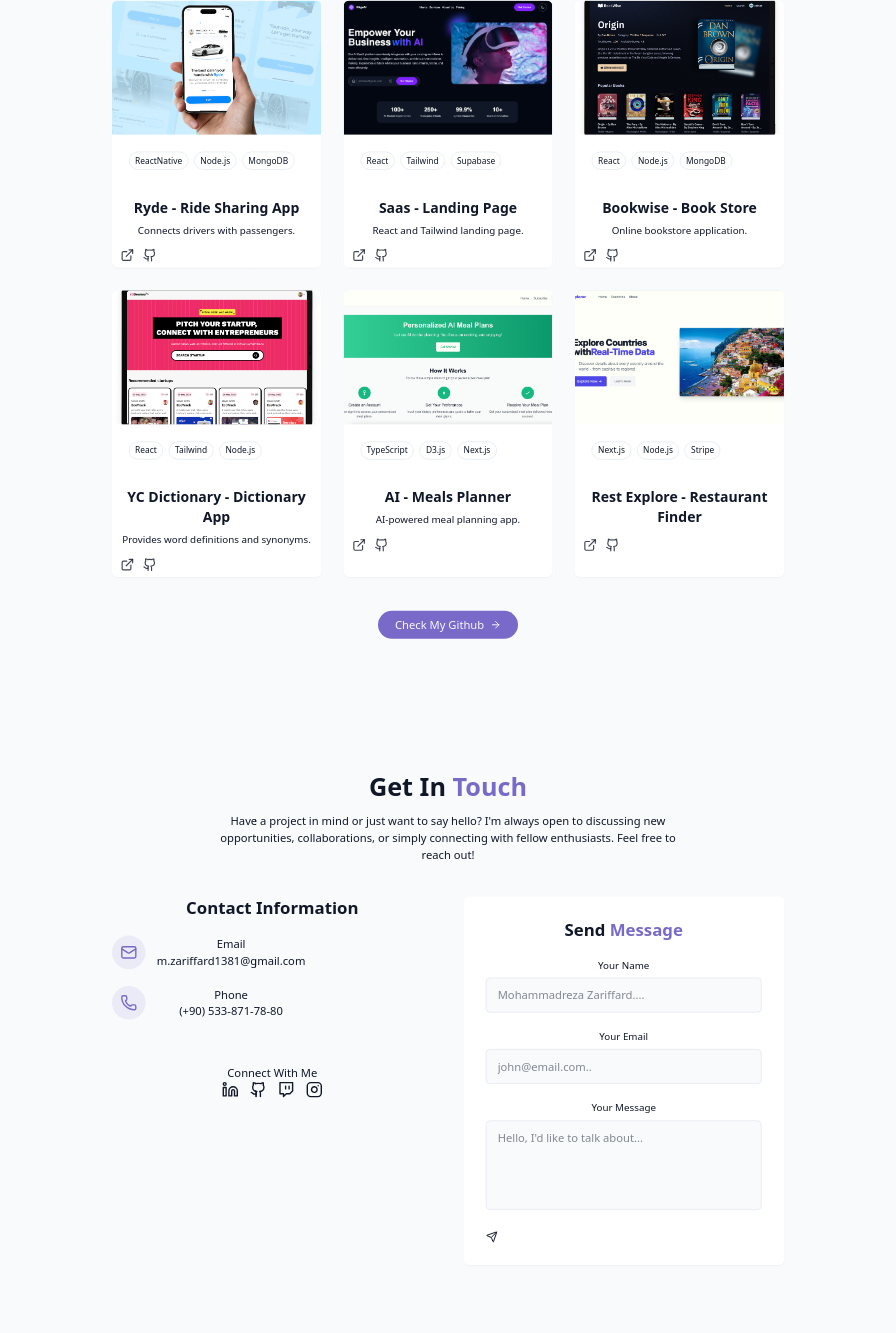
Repository: mOzariffard/Portfolio
Page: /
An editor plug-in stored every save of this project. The page is shown before and after the next save, followed by the edit.
The browser window is 1280 px wide. The pictures show the part of the page from y = 4231 to 6151 px (the page is 6135 px tall before and 6151 px after), at 70% of full size.
The project was rebuilt for these pictures with package versions that can differ from the ones it lists, and the page was loaded fresh each time. Also part of the build but not shown: vite.config.js, src/pages/NotFound.jsx.

Above is the page before, as saved 2025-07-01 13:07:46.

### src/App.jsx
import  Home from "./pages/Home"
import { BrowserRouter, Route, Routes } from "react-router-dom"
import NotFound from "./pages/NotFound"


function App() {

  return (
    <>
    <BrowserRouter>
    <Routes>
      <Route index element={<Home />} />
      <Route path="*" element={<NotFound />} />
    </Routes>
    </BrowserRouter>
    </>
  )
}

export default App

### src/pages/Home.jsx
import React from 'react'
import ThemeToggle from '@/components/ThemeToggle'
import StartBackground from '@/components/StartBackground'
import Navbar from '@/components/Navbar'
import HeroSection from '@/components/HeroSection'
import AboutSection from '@/components/AboutSection'
import SkillsSection from '@/components/SkillsSection'
import ProjectSection from '@/components/ProjectSection'
import CertificateSection from '../components/CertificateSection'
import ContactSection from '../components/ContactSection'

const Home = () => {
  return (
    <div className='min-h-screen bg-background text-foreground overflow-x-hidden'>
        {/*----------------Theme Toggle----------------*/}
        <ThemeToggle />
        {/*----------------Background Effects----------------*/}
        <StartBackground/>
        {/*----------------Nav Bar----------------*/}
        <Navbar/>
        {/*----------------Main Content----------------*/}
        <main>
        <HeroSection />
        <AboutSection />
        <SkillsSection />
        <CertificateSection />
        <ProjectSection />
        <ContactSection />
        </main>
        {/*----------------Footer----------------*/}


    </div>
  )
}

export default Home

### src/components/ThemeToggle.jsx
import React, { useEffect, useState } from 'react'
import { Sun, Moon } from 'lucide-react'
import { cn } from '@/lib/utils';
const ThemeToggle = () => {
    const [isDarkMode, setIsDarkMode]= useState(false);

    useEffect(()=>{
        const storedTheme= localStorage.getItem('theme');
        if(storedTheme=== 'dark'){
            setIsDarkMode(true);
            document.documentElement.classList.add('dark');
        }else{
            localStorage.setItem('theme', 'light');
            setIsDarkMode(false);
        }
    },[])
    const toggleTheme=()=>{
        if(isDarkMode){
            document.documentElement.classList.remove('dark');
            localStorage.setItem('theme', 'light');
            setIsDarkMode(false);
        }else{
            document.documentElement.classList.add('dark');
            localStorage.setItem('theme', 'dark');
            setIsDarkMode(true);
        }
    }
  return (
    <button onClick={toggleTheme} className={cn(
        "fixed max-sm:hidden top-5 right-5 z-50 p-2 rounded-full transition-colors duration-300",
        "focus:outline-hidden")}>
        {isDarkMode ? <Sun className='h-6 w-6 text-yellow-300'/> : <Moon className='h-6 w-6 text-blue-900' />}
    </button>
  )
}

export default ThemeToggle

### src/components/StartBackground.jsx
import React, { useEffect, useState } from 'react'

// START has
// ID , SIZE , X , Y , OPACITY , ANIMATION DURATION
// METEOR has
// ID , SIZE , X , Y , DELAY , DURATION

const StartBackground = () => {
    const [stars,setStars]=useState([]);
    const [meteors,setMeteors]=useState([]);

    useEffect(()=>{
        generateStars();
        generateMeteors();

        const handleResize = ()=>{
            generateStars();
        };

        window.addEventListener('resize', handleResize);

        return ()=> window.removeEventListener('resize', handleResize);

    },[])

    const generateStars = () =>{
        const numbersOfStars = Math.floor(window.innerWidth * window.innerHeight /10000);

        const newStars=[];

        for(let i=0; i<numbersOfStars; i++){
            newStars.push({
                id: i,
                size: Math.random()* 3 + 1,
                x: Math.random()*100 ,
                y:  Math.random()*100,
                opacity: Math.random()*0.5 +0.5 ,
                animationDuration: Math.random()*4+2 ,
            });
        }

        setStars(newStars);
    };

    const generateMeteors = () =>{
        const numbersOfMeteors = 4;

        const newMeteors=[];

        for(let i=0; i<numbersOfMeteors; i++){
            newMeteors.push({
                id: i,
                size: Math.random()* 2 + 1,
                x: Math.random()* 100 ,
                y:  Math.random()* 20,
                delay: Math.random()* 15 ,
                animationDuration: Math.random()*3+3 ,
            });
        }

        setMeteors(newMeteors);
    };


  return (
    <div className='fixed inset-0 overflow-hidden pointer-events-none z-0 '>
        {stars.map((star)=>(
            <div
            key={star.id}
                className='star animate-pluse-subtle' style={{
                width:`${star.size}px` ,
                height: `${star.size}px`,
                left: `${star.x}%`,
                top: `${star.y}%`,
                opacity:`${star.opacity}` ,
                animationDuration: `${star.animationDuration}s`
            }} />
        ))}

        {meteors.map((meteor)=>(
            <div
            className='meteor animate-meteor'
            key={meteor.id}
            style={{
                width: `${meteor.size* 50}px`,
                height: `${meteor.size * 2}px`,
                left: `${meteor.x}%`,
                top: `${meteor.y}%`,
                animationDelay: `${meteor.delay}`,
                animationDuration: `${meteor.duration}s`
            }}
            />
        ))}
    </div>
  )
}

export default StartBackground

### src/components/Navbar.jsx
import React, { useState, useEffect } from 'react';
import { cn } from '@/lib/utils';
import { X , Menu } from 'lucide-react';

const navItems = [
    { name: 'Home', href: '#hero' },
    { name: 'About', href: '#about' },
    { name: 'Contact', href: '#contact' },
    { name: 'Certificates', href: '#certificates' },
    { name: 'Skills', href: '#skills' },
    { name: 'Projects', href: '#projects' },
];

const Navbar = () => {
    const [isScrolled, setIsScrolled] = useState(false);
    const [isMenuOpen, setIsMenuOpen] = useState(false);

    useEffect(() => {
        const handleScroll = () => {
            setIsScrolled(window.scrollY > 10);
        };

        window.addEventListener('scroll', handleScroll);

        return () => window.removeEventListener('scroll', handleScroll);
    }, []);

    return (
        <nav
            className={cn(
                'fixed w-full z-40 transition-all duration-300',
                isScrolled ? 'py-3 bg-background/80 backdrop-blur-md shadow-xs' : 'py-6'
            )}
        >
            <div className="container flex items-center justify-between">
                <a href="#hero" className="text-xl font-bold text-primary flex items-center">
                    <span className="relative z-10">
                        <span className="text-glow text-foreground">mOzariffard</span> Portfolio
                    </span>
                </a>

                {/* DESKTOP NAV */}
                <div className="hidden md:flex space-x-6">
                    {navItems.map((item, key) => (
                        <a
                            key={key}
                            href={item.href}
                            className="text-foreground/80 hover:text-primary transition-colors duration-300"
                        >
                            {item.name}
                        </a>
                    ))}
                </div>

                {/* MOBILE NAV */}
                <button onClick={() => setIsMenuOpen((prev)=> !prev)}
                className='md:hidden p-2 text-foreground z-50'
                aria-label={!isMenuOpen ? 'Close Menu': 'Open Menu'}
                >
                {isMenuOpen ? <X size={24} /> : <Menu size={24} />}
                </button>

                <div
                    className={cn(
                        'fixed inset-0 bg-background/90 backdrop-blur-md z-40 flex flex-col items-center justify-center',
                        'transition-all duration-300 md:hidden',
                        isMenuOpen ? 'opacity-100 pointer-events-auto' : 'opacity-0 pointer-events-none'
                    )}
                >
                    <div className="flex flex-col space-y-8 text-xl">
                        {navItems.map((item, key) => (
                            <a
                                key={key}
                                href={item.href}
                                className="text-foreground/80 hover:text-primary transition-colors duration-300"
                                onClick={() => setIsMenuOpen(false)}
                            >
                                {item.name}
                            </a>
                        ))}
                    </div>
                </div>
            </div>
        </nav>
    );
};

export default Navbar;

### src/components/HeroSection.jsx
import { ArrowDown } from 'lucide-react'
import React from 'react'

const HeroSection = () => {
  return (
    <section id='hero' className='relative min-h-screen flex flex-col items-center justify-center px-4'>
        <div className='container max-w-4xl mx-auto text-center z-10'>
            <div className='space-y-6'>
                <h1 className='text-4xl md:text-6xl font-bold tracking-tight'>
                <span className='opacity-0 animate-fade-in' >Hi, I'm</span>
                <span className='text-primary opacity-0 animate-fade-in-delay-1'> Reza</span>
                <span className='text-gradient ml-2 opacity-0 animate-fade-in-delay-2'> Zariffard</span>
                </h1>
                <p className='text-lg md:text-xl text-muted-foreground max-2-2xl mx-auto opacity-0 animate-fade-in-delay-3'>
                    I create steller web experiences with modern technologies.
                    Specializing in front-end development, I build intesfacet
                    that are both beautiful and functional.
                </p>
                <div className='pt-4 opacity-0 animate-fade-in-delay-4'>
                    <a href="#projects" className='cosmic-button'> View My Work</a>
                </div>
            </div>
        </div>

        <div className='absolute bottom-8 left-1/2 transform -translate-x-1/2 flex flex-col items-center animate-bounce'>
        <span className='text-sm text-muted-forgeround mb-2'> Scroll</span>
        <ArrowDown className='h-5 w-5 text-primary'/>
        </div>
    </section>
  )
}

export default HeroSection

### src/components/CertificateSection.jsx
import React from 'react'

const certificates=[
  {
    id: 1,
    title: 'JavaScript: The Hard Parts, v2',
    description: 'Certified in full and more detail of JavaScript.',
    url: 'https://static.frontendmasters.com/ud/c/e0f3185036/fjjCYVxYTO/javascript-hard-parts-v2.pdf',
    issuedBy: 'Frontend Masters',
    dateIssued: '2023 Jan 30'
  },

  {

    id: 2,
    title: 'Deep JavaScript Foundations, v3',
    description: 'Certified in full and more detail of JavaScript, and functions of JavaScript .',
    url: 'https://static.frontendmasters.com/ud/c/e0f3185036/OnFYbrRoyf/deep-javascript-v3.pdf',
    issuedBy: 'Frontend Masters',
    dateIssued: 'Feb 10, 2025'
  },

  {
    id: 3,
    title: 'Everything You Will Need to Know About Git and GitHub',
    description: 'Certified in full about Git and Github.',
    url: 'https://static.frontendmasters.com/ud/c/e0f3185036/tNgMJoASup/everything-git.pdf',
    issuedBy: 'Frontend Masters',
    dateIssued: 'Feb 25, 2025'
  },

  {
    id: 4,
    title: 'Complete Intro to React, v9',
    description: 'Certified in full about React.',
    url: 'https://static.frontendmasters.com/ud/c/e0f3185036/hixpadIGiV/complete-react-v9.pdf',
    issuedBy: 'Frontend Masters',
    dateIssued: 'Feb 22, 2025'
  },

  {
    id: 5,
    title: 'Vanilla JS: You Might Not Need a Framework',
    description: 'Certified in full about Vanilla.js.',
    url: 'https://static.frontendmasters.com/ud/c/e0f3185036/wQwRoiyplO/vanilla-js-apps.pdf',
    issuedBy: 'Frontend Masters',
    dateIssued: ' Mar 1, 2025'
  },

  {
    id: 6,
    title: 'Ultimate CSS Grid & Layout Techniques, v3',
    description: 'Certified in full about CSS Grid and Layout Techniques.',
    url: 'https://static.frontendmasters.com/ud/c/e0f3185036/rZsEMefivz/css-grid.pdf',
    issuedBy: 'Frontend Masters',
    dateIssued: 'Mar 5, 2025'
  },

  {
    id: 7,
    title: 'Full Stack for Front-End Engineers, v3',
    description: 'Certified in full of the all part of Front-End Engineers .',
    url: 'https://static.frontendmasters.com/ud/c/e0f3185036/pApqiQbIWA/fullstack-v3.pdf',
    issuedBy: 'Frontend Masters',
    dateIssued: 'Mar 17, 2025'
  },

  {
    id: 8,
    title: 'Advanced Web Development Quiz',
    description: 'Certified in full about Advanced Web Development.',
    url: 'https://static.frontendmasters.com/ud/c/e0f3185036/jAQKBnHoVn/web-dev-quiz.pdf',
    issuedBy: 'Frontend Masters',
    dateIssued: 'Feb 25, 2025'
  }
]



const CertificateSection = () => {
  return (
   <section id='certificates' className='py-24 px-4 sm:px-6 lg:px-8 bg-secondary/30'>
    <div className='container mx-auto max-w-5xl'>
      <h2 className='text-3xl md:text-4xl font-bold mb-12 text-center'>
        My <span className='text-primary'> Certificates </span>
      </h2>
      {/* BOX OF CERTIFICATE */}

      <div className='grid sm:grid-cols-1 md:grid-cols-2 ls: grid-cols-3 gap-8'>
          {certificates.map((certificate , index)=>(
            <div className='group bg-card rounded-lg overflow-hidden shadow-xs card-hover'>
            <div className='h-50 overflow-hidden'>
              <h1 className='text-2xl font-bold text-center mb-4 p-4 bg-secondary/50 text-secondary-foreground'>
                {certificate.title}
              </h1>

              <div className='flex flex-col items-center justify-center ga-3'>
                <a href={certificate.url} target='_blank' className=' certificate-btn font-semibold'>
                  View My Certificate
                </a>
              </div>

             </div>
            </div>

          ))}
      </div>

    </div>
   </section>
  )
}

export default CertificateSection

### src/components/ContactSection.jsx
import { Github, Instagram, Linkedin, Mail, Phone, Send, Twitch } from 'lucide-react'
import React from 'react'
import { cn } from '@/lib/utils'
const ContactSection = () => {
  return (
    <section id='contact' className='py-24 px-4 relative bg-scondary/30'>
        {/* CONTACT HEADER */}
        <div className='container mx-auto max-w-5xl '>
         <h2 className='text-3xl md:text-4xl font-bold mb-4 text-center'>
            Get In <span className='text-primary'> Touch</span>
         </h2>

         <p className='text-center text-muted-foreground mb-12 max-w-2xl mx-auto'>
            Have a project in mind or just want to say hello?
            I'm always open to discussing new opportunities,
            collaborations, or simply connecting with fellow
            enthusiasts. Feel free to reach out!
         </p>

         {/*  CONTACT ITEMS */}
         <div className='grid grid-cols-1 md:grid-cols-2 gap-11 justify-center items-c'>
            <div className='space-y-8'>
                <h3 className='text-2xl font-semibold mb-6 items-start'> Contact Information </h3>

                <div className='space-y-6 justify-center'>
                    <div className='flex items-start space-x-4'>
                        <div className='p-3 rounded-full bg-primary/10'>
                        <Mail className='w-6 h-6 text-primary' />
                        </div>
                        <div className=' flex flex-col justify-center items-center'>
                            <h4 className='font-medium'> Email </h4>
                            <a href="mailto:m.zariffard1381@gmail.com" className='text-muted-foreground hover:text-primary transition-colors'>
                            m.zariffard1381@gmail.com
                            </a>
                        </div>
                    </div>

                    <div className='flex items-start space-x-4'>
                        <div className='p-3 rounded-full bg-primary/10'>
                        <Phone className='w-6 h-6 text-primary' />
                        </div>
                        <div className='flex flex-col justify-center ml-8 items-center'>
                            <h4 className='font-medium'> Phone </h4>
                            <a href="tel:+905338716780" className='text-muted-foreground hover:text-primary transition-colors'>
                            (+90) 533-871-78-80
                            </a>
                        </div>
                    </div>
                 </div>
                 <div className='pt-8 '>
                    <h4>Connect With Me </h4>
                    <div className='flex space-x-4 justify-center'>
                        <a target='_blank' href="https://www.linkedin.com/in/mzariffard/" className='text-muted-foreground hover:text-primary'>
                            <Linkedin />
                        </a>

                        <a target='_blank' href="https://github.com/mOzariffard" className='text-muted-foreground hover:text-primary'>
                            <Github />
                        </a>

                        <a target='_blank' href="#" className='text-muted-foreground hover:text-primary'>
                            <Twitch />
                        </a>

                        <a target='_blank' href="https://www.instagram.com/m.zariffard/" className='text-muted-foreground hover:text-primary'>
                            <Instagram />
                        </a>

                    </div>
                 </div>
            </div>

            <div className='bg-card p-8 rounded-lg shadow-xs'>
                <h3 className='text-2xl font-semibold mb-6'> Send <span className='text-primary'> Message </span> </h3>

                <form className='space-y-6'>
                    <div>
                        <label htmlFor="name" className='block text-sm font-medium mb-2'> Your Name </label>
                        <input
                        type="text"
                        id='name'
                        name='name'
                        required
                        className='w-full px-4 py-3 rounded-md border border-input bg-background focus:outline-hidden focus:ring-primary '
                        placeholder='Mohammadreza Zariffard....'
                        />
                    </div>

                    <div>
                        <label htmlFor="email" className='block text-sm font-medium mb-2'> Your Email </label>
                        <input
                        type="text"
                        id='email'
                        name='email'
                        required
                        className='w-full px-4 py-3 rounded-md border border-input bg-background focus:outline-hidden focus:ring-primary '
                        placeholder='john@email.com..'
                        />
                    </div>

                    <div>
                        <label htmlFor="message" className='block text-sm font-medium mb-2'> Your Message </label>
                        <textarea
                        id='message'
                        name='name'
                        required
                        className='w-full px-4 py-3 rounded-md border border-input bg-background focus:outline-hidden focus:ring-primary resize-none h-32'
                        placeholder="Hello, I'd like to talk about..."
                     />
                    </div>

                    <button type='submit' className={cn('cosmic-btn w-full flex items-center gap-2',

                    )}>
                        <Send size={17} />
                    </button>
                </form>
            </div>
         </div>
        </div>

    </section>
  )
}

export default ContactSection

Loaded but not shown: index.html (common file); src/main.jsx (common file); src/lib/utils.js (8 lines, source omitted); src/components/ProjectSection.jsx (166 lines, source omitted); src/components/AboutSection.jsx (128 lines, source omitted); src/index.css (219 lines, source omitted); src/components/SkillsSection.jsx (138 lines, source omitted)

After the next save:
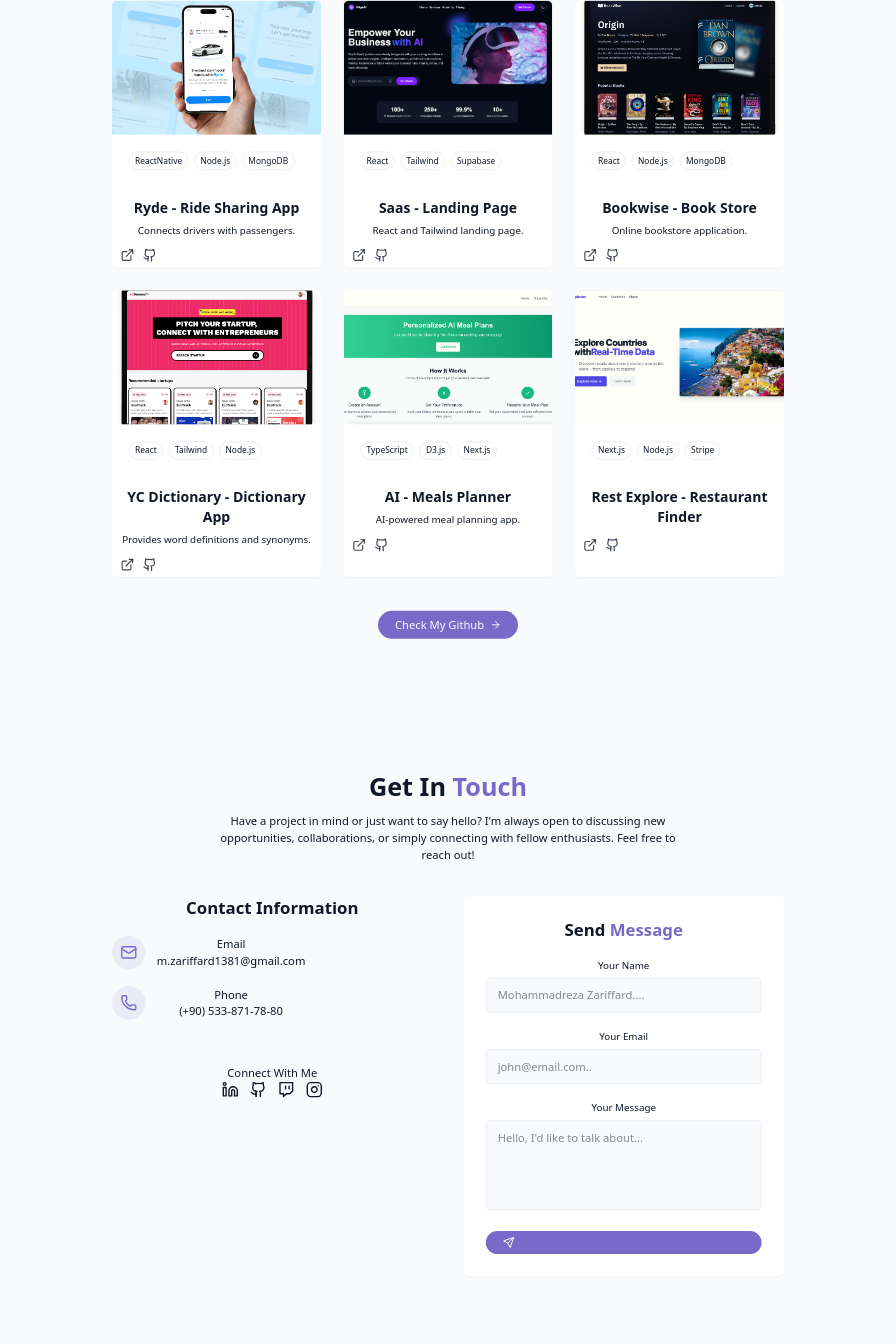
Saved 46 s later.
--- a/src/components/ContactSection.jsx
+++ b/src/components/ContactSection.jsx
@@ -109,7 +109,7 @@ const ContactSection = () => {
                      />
                     </div>
 
-                    <button type='submit' className={cn('cosmic-btn w-full flex items-center gap-2',
+                    <button type='submit' className={cn('cosmic-button w-full flex items-center gap-2',
 
                     )}>
                         <Send size={17} />
